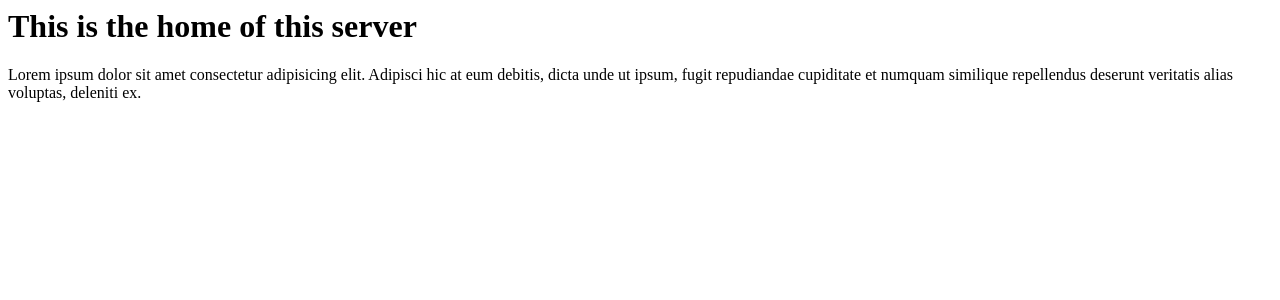
Repository: 0101chaitanya/basic-node-server
Page: routes/index.html
An editor plug-in stored every save of this project. The page is shown before and after the next save, followed by the edit.
The browser window is 1280 px wide. The pictures show the whole page.

Above is the page before, as saved 2021-08-25 15:46:24.

### routes/index.html
<html lang="en">

<head>
    <meta charset="UTF-8">
    <meta http-equiv="X-UA-Compatible" content="IE=edge">
    <meta name="viewport" content="width=device-width, initial-scale=<1.0>">
    <title>Home sweet home</title>
</head>

<body>
    <h1>This is the home of this server</h1>
    <p>Lorem ipsum dolor sit amet consectetur adipisicing elit. Adipisci hic at eum debitis, dicta unde ut ipsum, fugit repudiandae cupiditate et numquam similique repellendus deserunt veritatis alias voluptas, deleniti ex.
    </p>

</body>

</html>

After the next save:
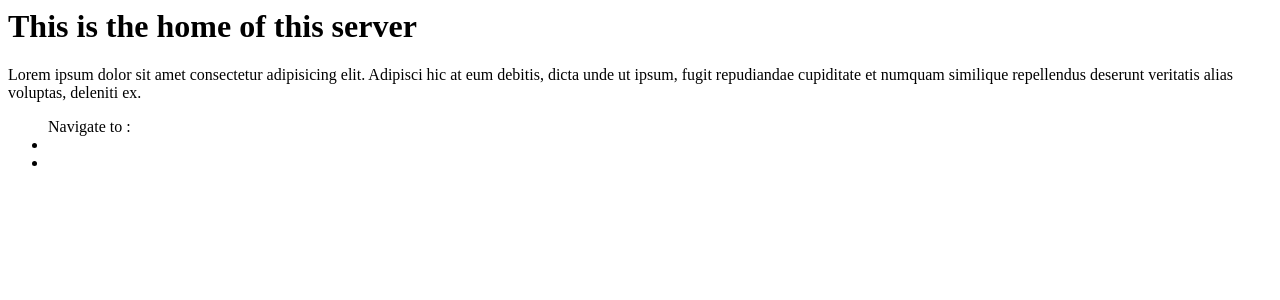
Saved 2 min 34 s later.
--- a/routes/index.html
+++ b/routes/index.html
@@ -11,7 +11,14 @@
     <h1>This is the home of this server</h1>
     <p>Lorem ipsum dolor sit amet consectetur adipisicing elit. Adipisci hic at eum debitis, dicta unde ut ipsum, fugit repudiandae cupiditate et numquam similique repellendus deserunt veritatis alias voluptas, deleniti ex.
     </p>
-
+    <ul> Navigate to :
+        <li>
+            <a href="about.html"></a>
+        </li>
+        <li>
+            <a href="contact-me.html"></a>
+        </li>
+    </ul>
 </body>
 
 </html>
